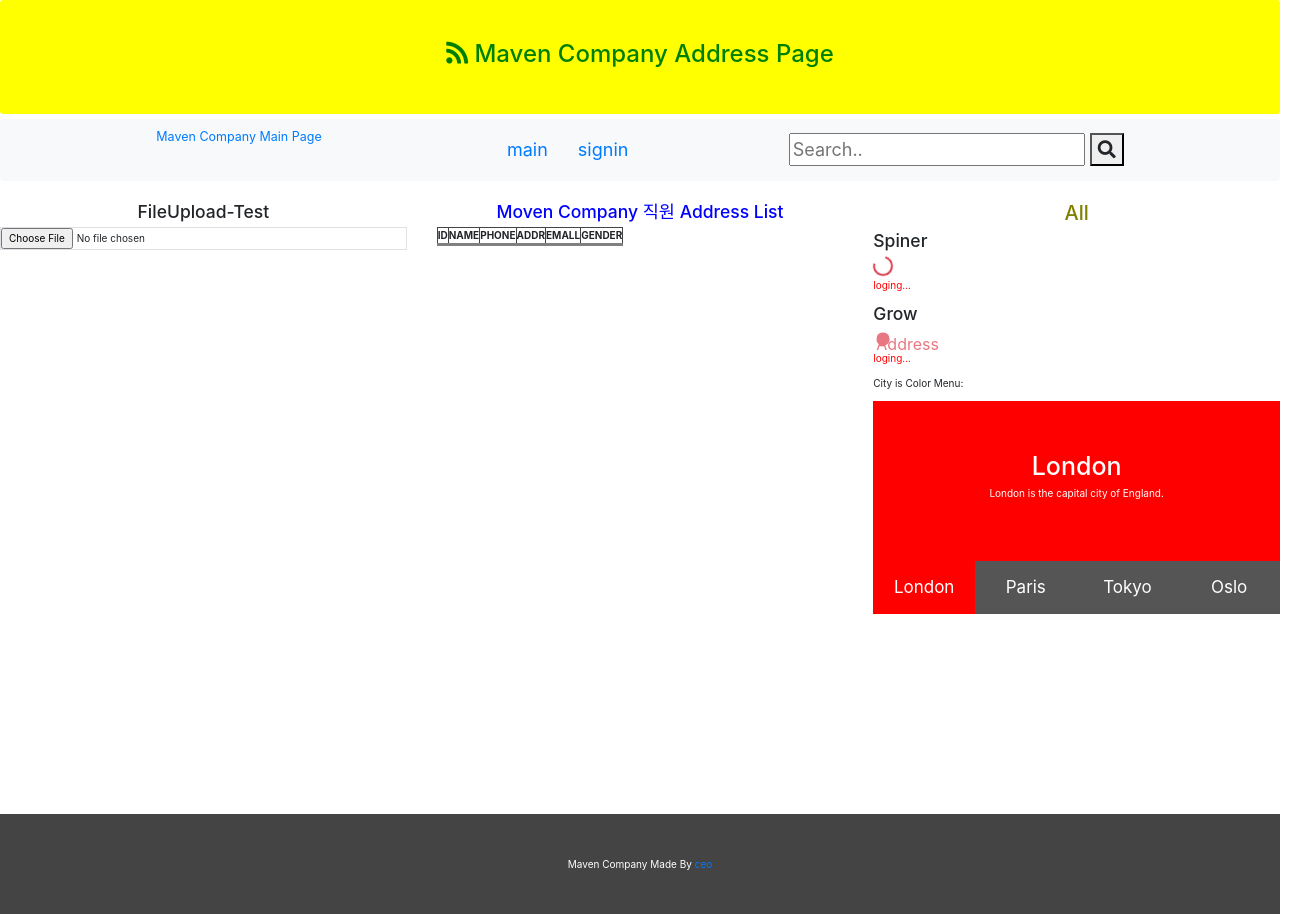
Repository: as2019a/spring
Page: http://localhost/ch19_project_mavenwebsite/WEB-INF/views/address.jsp
An editor plug-in stored every save of this project. The page is shown before and after the next save, followed by the edit.
The browser window is 1280 px wide. The page is 1295 px wide, so the pictures cover 1295 px, including what lies to the right of the window. The pictures show the whole page.
Some web libraries are served in a nearby version. The page is served by Tomcat 9. Nobody is signed in. Other server files are loaded and not shown. The template is opened directly, without the code that normally fills it, so the values that code supplies are empty.

Above is the page before, as saved 2019-02-01 06:48:37.

### ch19_project_mavenwebsite/src/main/webapp/WEB-INF/views/address.jsp
<%@ page language="java" contentType="text/html; charset=UTF-8"
    pageEncoding="UTF-8"%>
<%@ taglib prefix="c" uri="http://java.sun.com/jsp/jstl/core" %>
<%@ taglib prefix="sec" uri="http://www.springframework.org/security/tags" %>
<!DOCTYPE html>
<html>
<head>
<meta charset="UTF-8">
<meta name="viewport"
 	  content="width=device-width, initial-scale=1">
<title>Maven Company Address Page</title>
<link href="https://maxcdn.bootstrapcdn.com/bootstrap/3.3.2/css/bootstrap.min.css" rel="stylesheet">
<link rel="stylesheet" href="https://maxcdn.bootstrapcdn.com/bootstrap/4.2.1/css/bootstrap.min.css">
<link rel="stylesheet" href="https://use.fontawesome.com/releases/v5.5.0/css/all.css">
<style>
	.jumbotron{
		margin-bottom: 5px;
	}

	.jumbotron:hover{
		background-color:yellow;
	}

	#center:hover{
		color:orange;
	}

	#center{
		font-size:x-large;
		color:green;
	}

	#mca{
		text-align:center;
		color:blue;
		border-bottom:1px;
	}

	table{
		border-bottom-style:solid;
	}

	th, td {
		text-align:center;
    	border: 1px solid #444444;
  	}

	.navbar{
		font-size:large;
	}

	.tablink {
	  background-color: #555;
	  color: white;
	  float: left;
	  border: none;
	  outline: none;
	  cursor: pointer;
	  padding: 14px 16px;
	  font-size: 17px;
	  width: 25%;
	}

	.tablink:hover {
	  background-color: #777;
	}

	/* Style the tab content */
	.tabcontent {
	  color: white;
	  display: none;
	  padding: 50px;
	  text-align: center;
	}

#London {background-color:red;}
#Paris {background-color:green;}
#Tokyo {background-color:blue;}
#Oslo {background-color:orange;}

	.footer{
		height: 100px;
		line-height: 100px;
		background-color: #444;
		color: white;
		text-align: center;
		margin-top: 200px;
	}
</style>
</head>
<body>
	<div class="jumbotron">
		<h1 class="text-center" id="center"><i class='fas fa-rss' style='font-size:25px'></i> Maven Company Address Page</h1>
	</div>
	<div class="navbar navbar-expand-sm bg-light">
		<div class="container-fluid">
			<div class="navbar-header">
					<button type="button"
							class="navbar-toggle"
							data-toggle="collapse"
							data-target="#navbar">
							<span class="icon-bar"></span>
							<span class="icon-bar"></span>
							<span class="icon-bar"></span>
					</button>
					<a class="navbar-brand" href="#">Maven Company Main Page</a>
	    		</div>
	    	<div>
	      	<div class="collapse navbar-collapse" id="myNavbar">
				<ul class="nav navbar-nav">
					<li><a href="/main">main</a></li>
					<sec:authorize access="!isAuthenticated()">
					<li><a href="/user/signin">signin</a></li>
					</sec:authorize>
					<sec:authorize access="isAuthenticated()">
					<li><a href="/user/signup">signup</a></li>
					</sec:authorize>
					<sec:authorize access="isAuthenticated()">
					<li><a href="/board/list">board</a></li>
					</sec:authorize>
					<sec:authorize access="isAuthenticated()">
					<li><a href="/mypage">mypage</a></li>
					</sec:authorize>
					<sec:authorize access="isAuthenticated()">
					<li><a href="/address">address</a></li>
					</sec:authorize>
					<sec:authorize access="isAuthenticated()">
					<li><a href="/cafe">cafe</a></li>
					</sec:authorize>
					<sec:authorize access="isAuthenticated()">
					<li><a href="/calendar">calendar</a></li>
					</sec:authorize>
					<sec:authorize access="isAuthenticated()">
					<li><a href="/worlduniversity">worlduniversity</a></li>
					</sec:authorize>
					<sec:authorize access="isAuthenticated()">
					<li><a href="/etc">etc</a></li>
					</sec:authorize>
					<sec:authorize access="hasRole('ROLE_MANAGER')">
					<li><a href="/manager">manager</a></li>
					</sec:authorize>
					<sec:authorize access="hasRole('ROLE_ADMIN')">
					<li><a href="/admin">admin</a></li>
					</sec:authorize>
					<sec:authorize access="isAuthenticated()">
					<li><a href="javascript:signout()">signout</a></li>
					</sec:authorize>
				</ul>
			</div>
		</div>
			<div class="search-container">
		    <form action="/action_page.php">
		      <input type="text" placeholder="Search.." name="search">
		      <button type="submit"><i class="fa fa-search"></i></button>
		    </form>
		  </div>
		</div>
	</div>
	<div class="row">
	  <div class="col-lg-4">
	  	<h3 style="text-align:center;">FileUpload-Test</h3>
		<input type="file" class="form-control-file border">
	  </div>
	  <div class="col-lg-4">
	  	<h3 id="mca">Moven Company 직원 Address List</h3>
	  	<table>
	  		<tr>
	  			<th>ID</th>
	  			<th>NAME</th>
	  			<th>PHONE</th>
	  			<th>ADDR</th>
	  			<th>EMALL</th>
	  			<th>GENDER</th>
	  		</tr>
	  		<tbody>
	  		<c:forEach var="address" items="${AddressList }" varStatus="status">
		  		<tr style="cursor:pointer;"
					onclick="location.href='/address?id=${address.user_id}'">
		  			<td>${address.user_id }</td>
		  			<td>${address.signup_name }</td>
		  			<td>${address.signup_phone }</td>
		  			<td>${address.signup_addr }</td>
		  			<td>${address.signup_email }</td>
		  			<td>${address.gender }</td>
		  		</tr>
	  		</c:forEach>
	  		</tbody>
	  	</table>
	  </div>
	  <div class="col-lg-4">
	  	<h2 style="text-align:center;color:olive;">All</h2>
	  	<h3>Spiner</h3>
	  	<div class="spinner-border text-danger"></div><p style="color:red;">loging...</p>
	  	<h3>Grow</h3>
	  	<div class="spinner-grow text-danger">
	  		<p style="font-size:x-large;">Address</p>
	  	</div><p style="color:red;">loging...</p>

	  	<p>City is Color Menu:</p>

		<div id="London" class="tabcontent">
		  <h1>London</h1>
		  <p>London is the capital city of England.</p>
		</div>

		<div id="Paris" class="tabcontent">
		  <h1>Paris</h1>
		  <p>Paris is the capital of France.</p>
		</div>

		<div id="Tokyo" class="tabcontent">
		  <h1>Tokyo</h1>
		  <p>Tokyo is the capital of Japan.</p>
		</div>

		<div id="Oslo" class="tabcontent">
		  <h1>Oslo</h1>
		  <p>Oslo is the capital of Norway.</p>
		</div>

		<button class="tablink" onclick="openCity('London', this, 'red')" id="defaultOpen">London</button>
		<button class="tablink" onclick="openCity('Paris', this, 'green')">Paris</button>
		<button class="tablink" onclick="openCity('Tokyo', this, 'blue')">Tokyo</button>
		<button class="tablink" onclick="openCity('Oslo', this, 'orange')">Oslo</button>
	  </div>
	</div>
	<div class="footer">
		Maven Company Made By <a href="/footerceo">ceo</a>
	</div>
	<script src="https://code.jquery.com/jquery-3.3.1.min.js"></script>
	<script src="https://maxcdn.bootstrapcdn.com/bootstrap/3.3.2/js/bootstrap.min.js"></script>
	<script src="https://cdnjs.cloudflare.com/ajax/libs/popper.js/1.14.6/umd/popper.min.js"></script>
	<script src="https://maxcdn.bootstrapcdn.com/bootstrap/4.2.1/js/bootstrap.min.js"></script>
	<script>
		function signout(){
			var form = document.createElement("form");
			form.method="post";
			form.action="/user/signout";
			var input = document.createElement("input");
			input.type="hidden";
			input.name="${_csrf.parameterName}";
			input.value="${_csrf.token}";
			form.appendChild(input);
			document.body.appendChild(form);
			form.submit();
		}

		function openCity(cityName,elmnt,color) {
			  var i, tabcontent, tablinks;
			  tabcontent = document.getElementsByClassName("tabcontent");
			  for (i = 0; i < tabcontent.length; i++) {
			    tabcontent[i].style.display = "none";
			  }
			  tablinks = document.getElementsByClassName("tablink");
			  for (i = 0; i < tablinks.length; i++) {
			    tablinks[i].style.backgroundColor = "";
			  }
			  document.getElementById(cityName).style.display = "block";
			  elmnt.style.backgroundColor = color;

		}
		// Get the element with id="defaultOpen" and click on it
		document.getElementById("defaultOpen").click();
	</script>
</body>
</html>

After the next save:
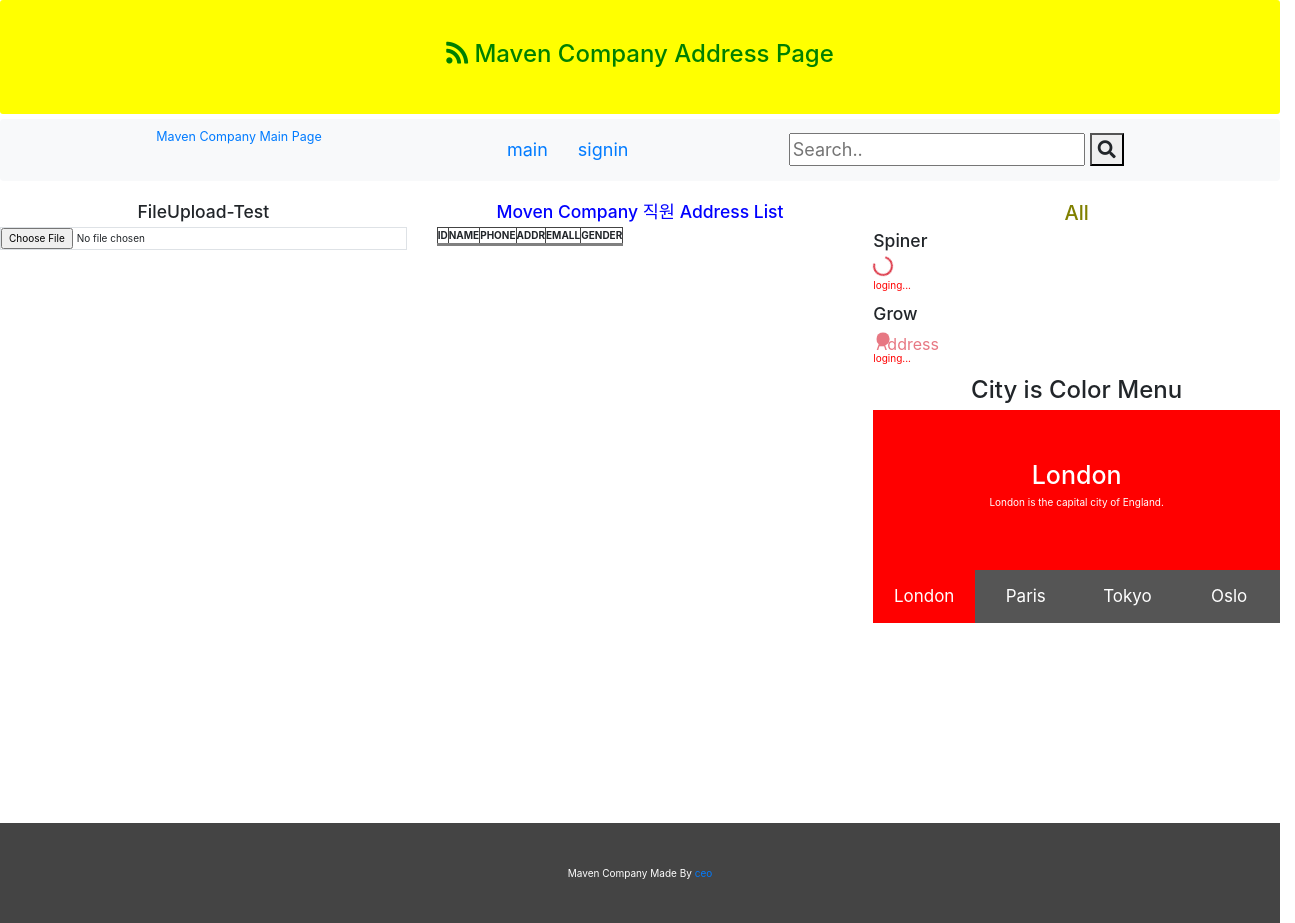
Saved 34 s later.
--- a/ch19_project_mavenwebsite/src/main/webapp/WEB-INF/views/address.jsp
+++ b/ch19_project_mavenwebsite/src/main/webapp/WEB-INF/views/address.jsp
@@ -196,7 +196,7 @@
 	  		<p style="font-size:x-large;">Address</p>
 	  	</div><p style="color:red;">loging...</p>
 
-	  	<p>City is Color Menu:</p>
+	  	<h2 style="text-align:center;font-size:x-large;">City is Color Menu</h2>
 
 		<div id="London" class="tabcontent">
 		  <h1>London</h1>
